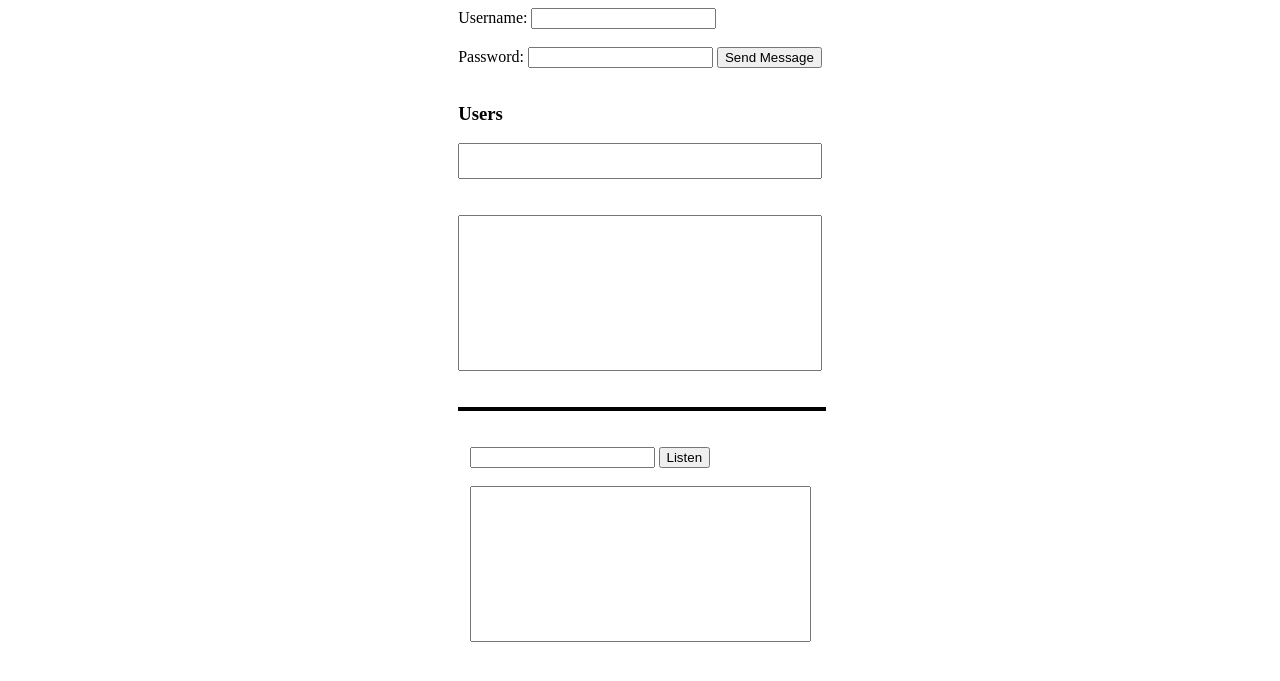
Repository: hosua/it-202
Page: http://localhost/
An editor plug-in stored every save of this project. The page is shown before and after the next save, followed by the edit.
The browser window is 1280 px wide. The pictures show the whole page.
The page is run by PHP 8.4 with error messages shown; the project is at /var/www/html/. Queries for data that is not in the repository find no rows.

Above is the page before, as saved 2022-12-02 05:25:05.

After the next save:
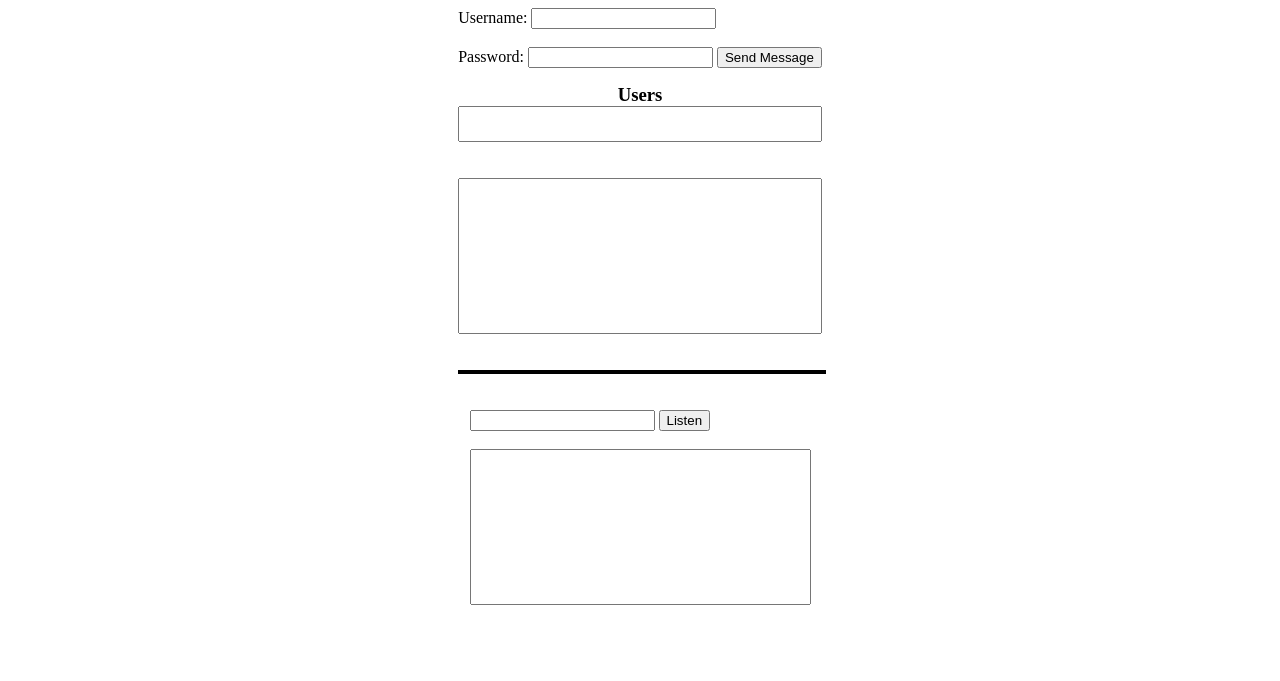
Saved 37 s later.
--- a/assign5/index.php
+++ b/assign5/index.php
@@ -17,7 +17,7 @@ if (mysqli_connect_errno()){ echo "Failed to connect to MySQL: " . mysqli_connec
     <input type=password id=pass name=pass>
     <input type="submit" value="Send Message">
 </form>
-<h3> Users </h3>
+<h3 style="margin: auto;"> Users </h3>
 <textarea readonly id=active-users name=active-users cols=20 rows=2>
 <?php
 // list users
